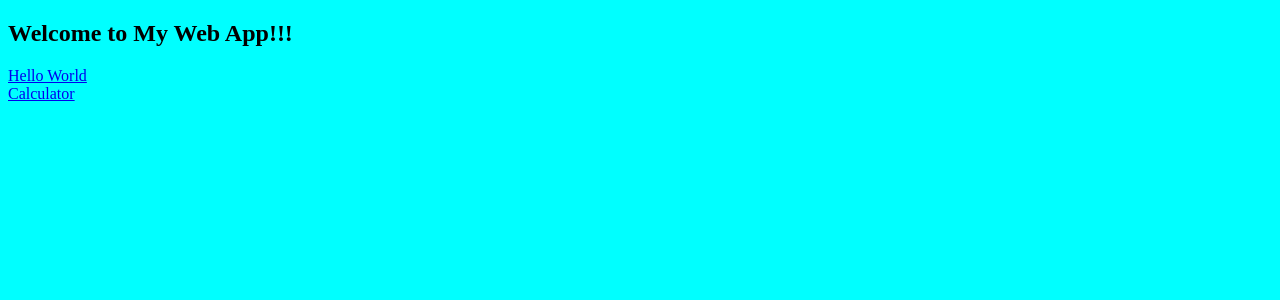
Repository: ravangs/trainingprojects
Page: mywebapp/src/main/webapp/index.html
These files come from the project's save history. The page is drawn as it stood at one moment and after the next save; the edit follows.
The browser window is 1280 px wide. The pictures show the whole page.

Above is the page before, as saved 2019-07-16 06:20:54.

### mywebapp/src/main/webapp/index.html
<!DOCTYPE html>
<html>
<head>
<meta charset="UTF-8">
<title>Home Page here</title>
</head>
<body bgcolor="cyan">

<h2>Welcome to My Web App!!!</h2>

<a href = hello>Hello World</a>
<br>
<a href = calc.html>Calculator</a>
<br>

</body>
</html>

After the next save:
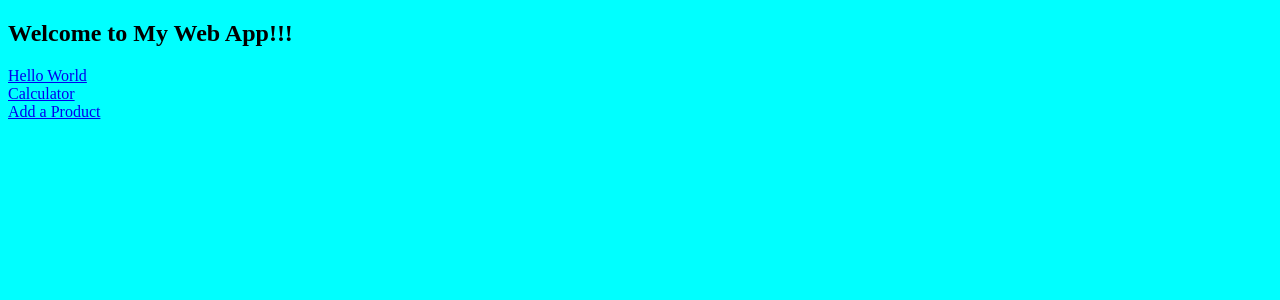
Saved 8 min 34 s later.
--- a/mywebapp/src/main/webapp/index.html
+++ b/mywebapp/src/main/webapp/index.html
@@ -12,6 +12,7 @@
 <br>
 <a href = calc.html>Calculator</a>
 <br>
+<a href = addproduct.html>Add a Product</a>
 
 </body>
 </html>
